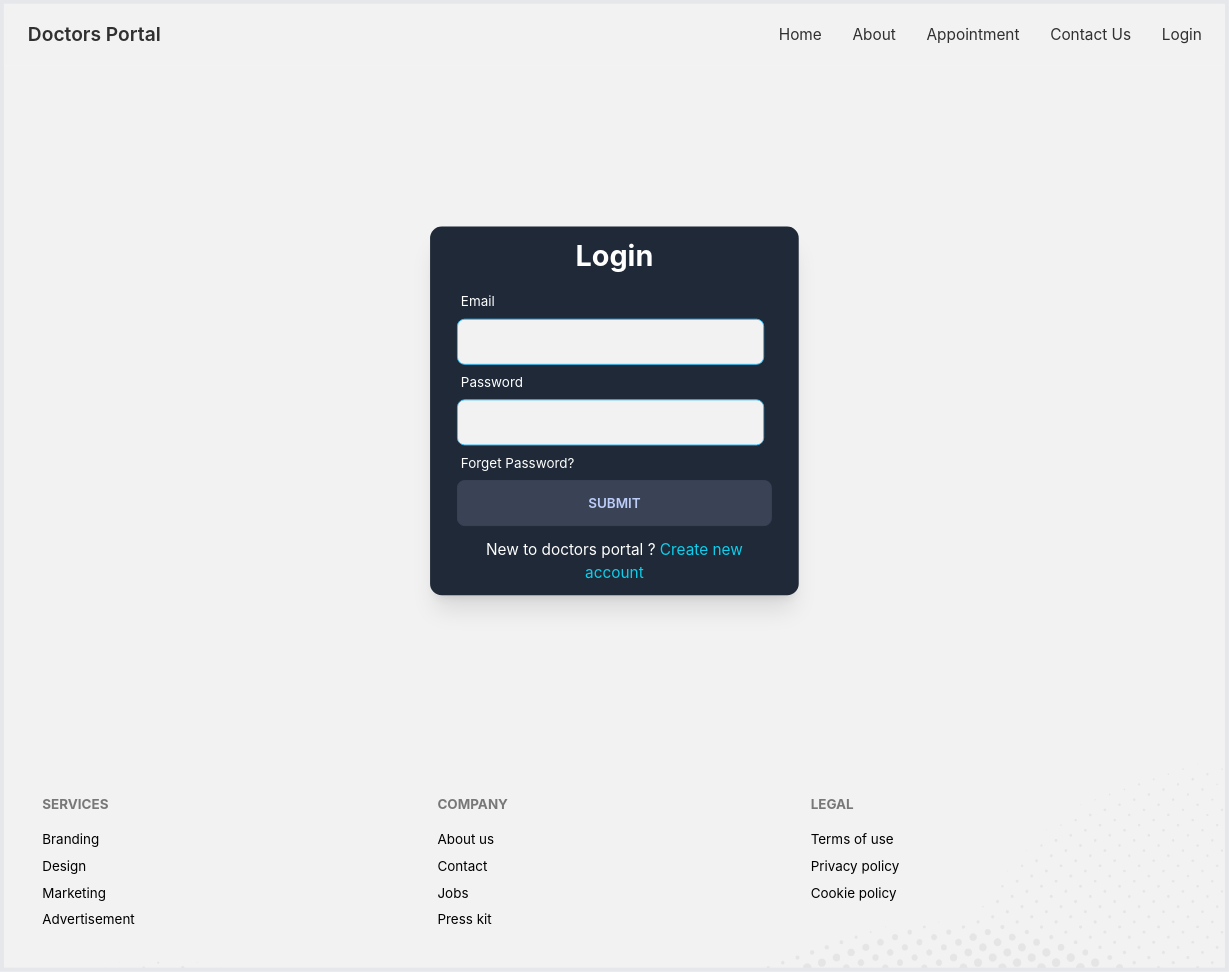
Repository: Samad77/Doctorportal-Client
Page: /login
The author's editor kept a copy of each file at every save. The page is drawn from the files as they stood at one save, then again after the next save.
The browser window is 1280 px wide. The pictures show the whole page, at 96% of full size.
The project was rebuilt for these pictures with package versions that can differ from the ones it lists, and the page was loaded fresh each time. Also part of the build but not shown: src/Pages/Appointment/BookingModal/BookingModal.js, src/Pages/Appointment/AppoinmentCard/AppoinmentCard.js, src/Pages/Appointment/AppointmentBanner/AppointmentBanner.js, src/Pages/Appointment/AvailavleAppoinment/AvailableAppoinment.js, src/Pages/Appointment/Appoinment/Appoinment.js, src/Components/PrimaryButton/PrimaryButton.js, src/Pages/Home/Banner/Banner.js, src/Pages/Home/Cards/Cards.js and 6 more.

Above is the page before, as saved 2022-11-16 10:26:47.

After the next save:
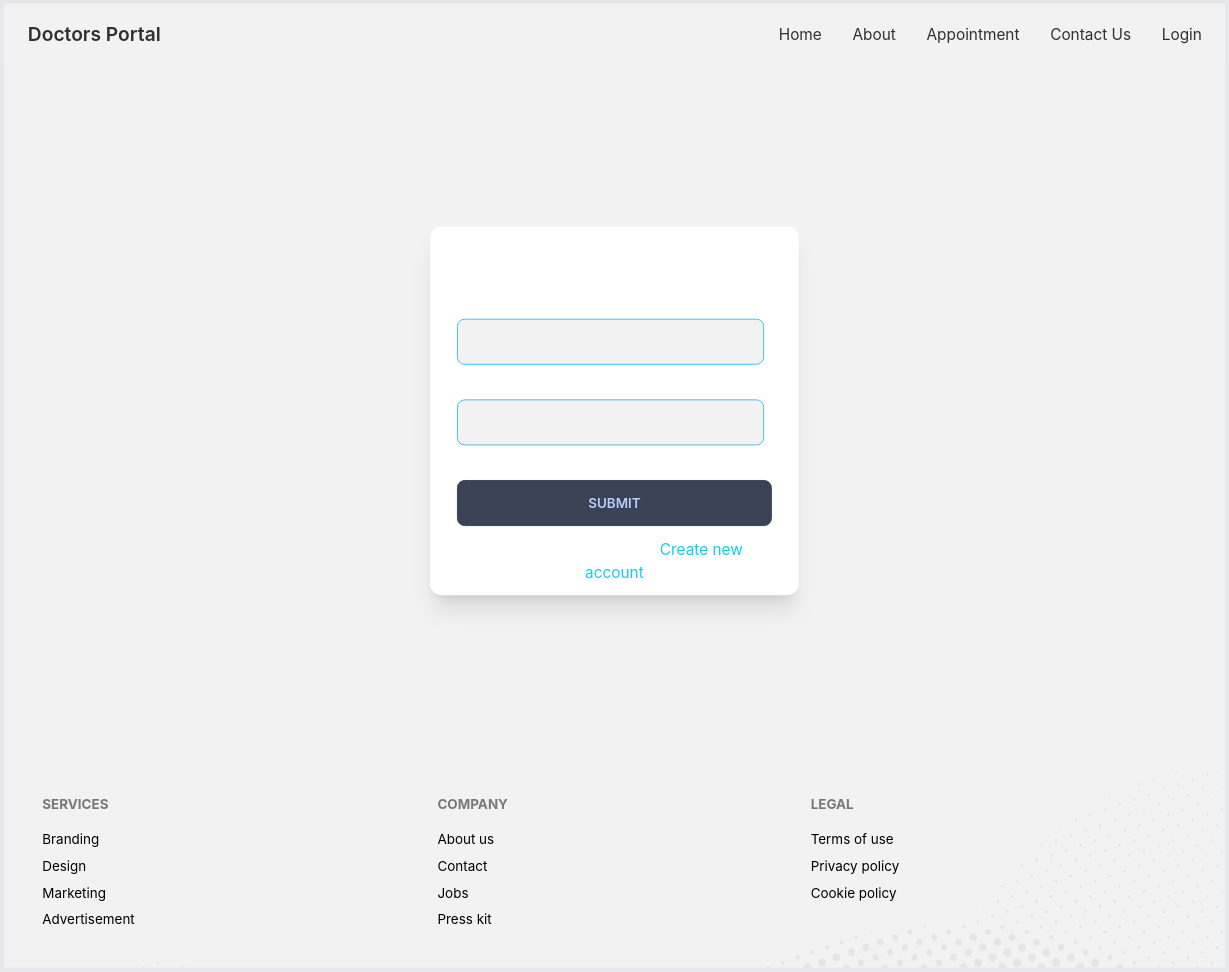
Saved 25 s later.
--- a/src/Pages/Login/Login.js
+++ b/src/Pages/Login/Login.js
@@ -8,7 +8,7 @@ const Login = () => {
     return (
         <section className='h-screen flex justify-center items-center'>
 
-            <form onSubmit={handleSubmit((data) => setData(JSON.stringify(data)))} className=" rounded-xl shadow-xl bg-gray-800 text-white w-96 px-7">
+            <form onSubmit={handleSubmit((data) => setData(JSON.stringify(data)))} className=" rounded-xl shadow-xl bg-white text-white w-96 px-7">
                 <h1 className='text-white font-bold text-3xl my-3'>Login</h1>
                 <div className="form-control">
                     <label className="label ">
